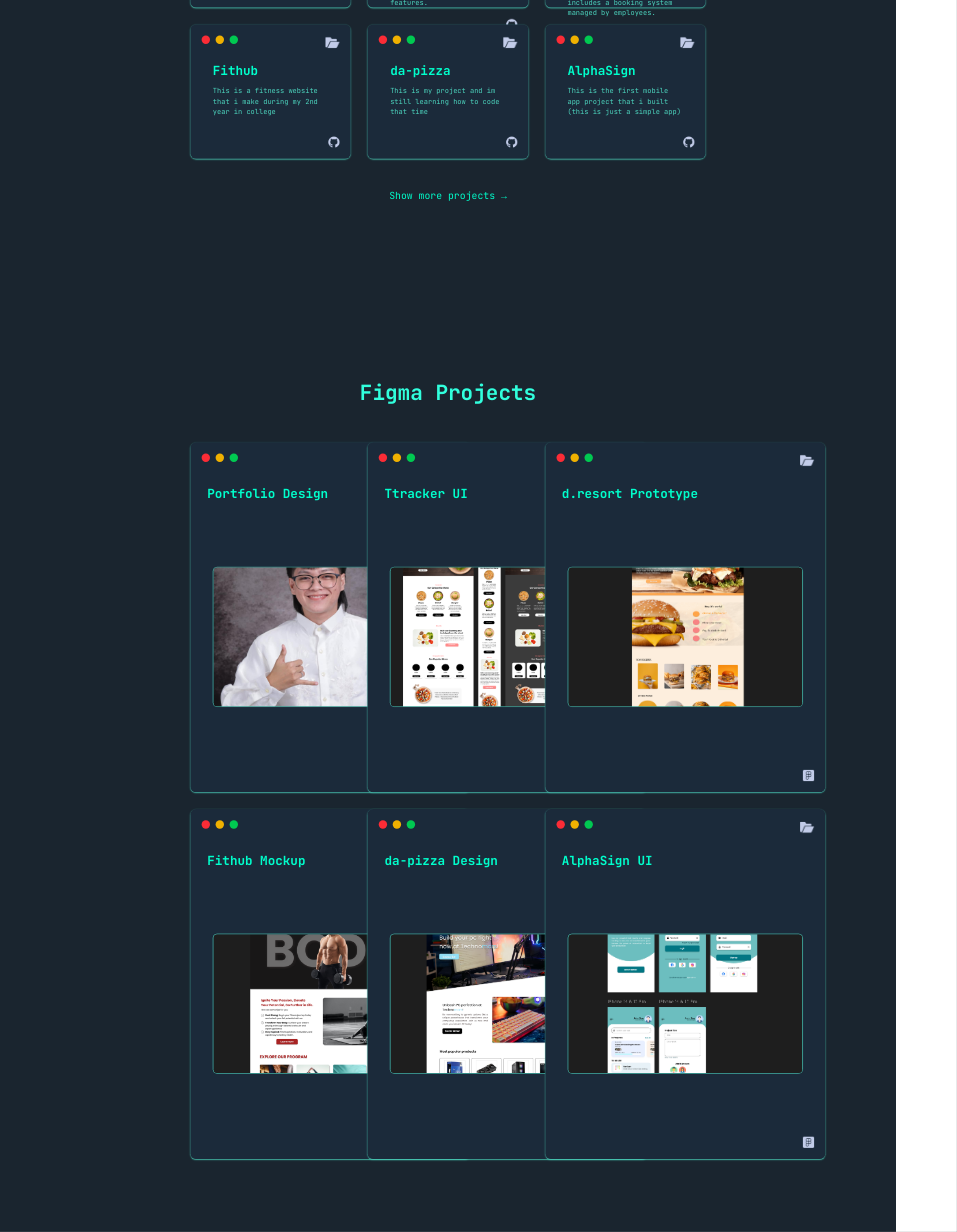
Repository: m4rsu-code/Portfolio
Page: / (app in my-portfolio/)
The author's editor kept a copy of each file at every save. The page is drawn from the files as they stood at one save, then again after the next save.
The browser window is 1280 px wide. The page is 1367 px wide, so the pictures cover 1367 px, including what lies to the right of the window. The pictures show the part of the page from y = 3157 to 4917 px (the page is 4917 px tall), at 70% of full size.
The project was rebuilt for these pictures with package versions that can differ from the ones it lists, and the page was loaded fresh each time. Also part of the build but not shown: my-portfolio/vite.config.js, my-portfolio/src/assets/components/Modal/AchievementModal.jsx, my-portfolio/src/AchievementsPage.jsx, my-portfolio/src/ProjectPage.jsx.

Above is the page before, as saved 2025-08-04 16:46:35.

After the next save:
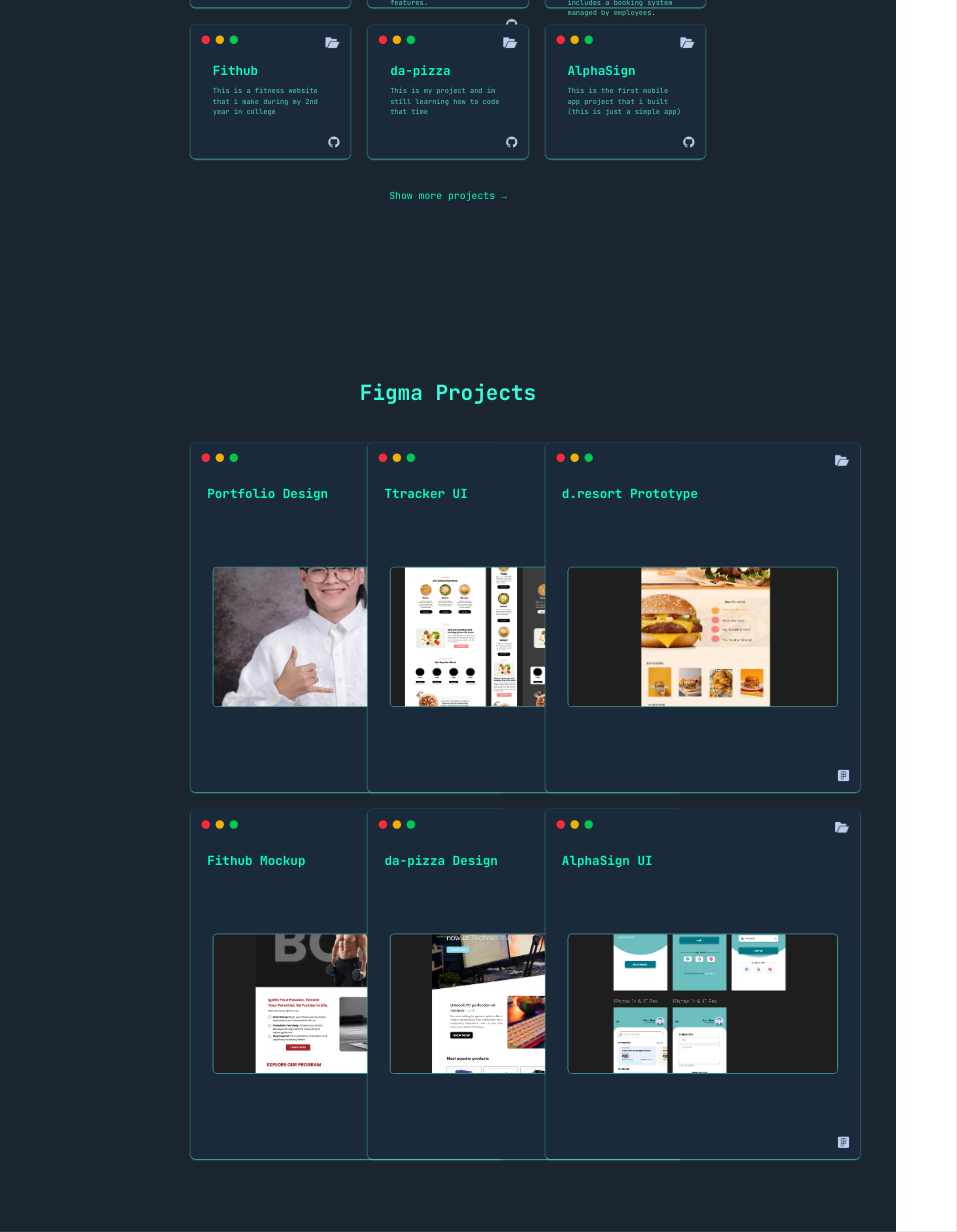
Saved 4 s later.
--- a/my-portfolio/src/App.jsx
+++ b/my-portfolio/src/App.jsx
@@ -357,7 +357,7 @@ function App() {
             {figmaProjects.map((project) => (
               <div
                 key={project.id}
-                className="bg-[#1B2A3A] rounded-lg p-4 flex flex-col w-[400px] h-[500px] relative group shadow-xs shadow-[#4CD2BC] cursor-pointer transform transition-transform duration-300 ease-in-out hover:-translate-y-2"
+                className="bg-[#1B2A3A] rounded-lg p-4 flex flex-col w-[450px] h-[500px] relative group shadow-xs shadow-[#4CD2BC] cursor-pointer transform transition-transform duration-300 ease-in-out hover:-translate-y-2"
               >
                 {/* Header with window controls and folder icon */}
                 <div className="flex gap-2 mb-4">
